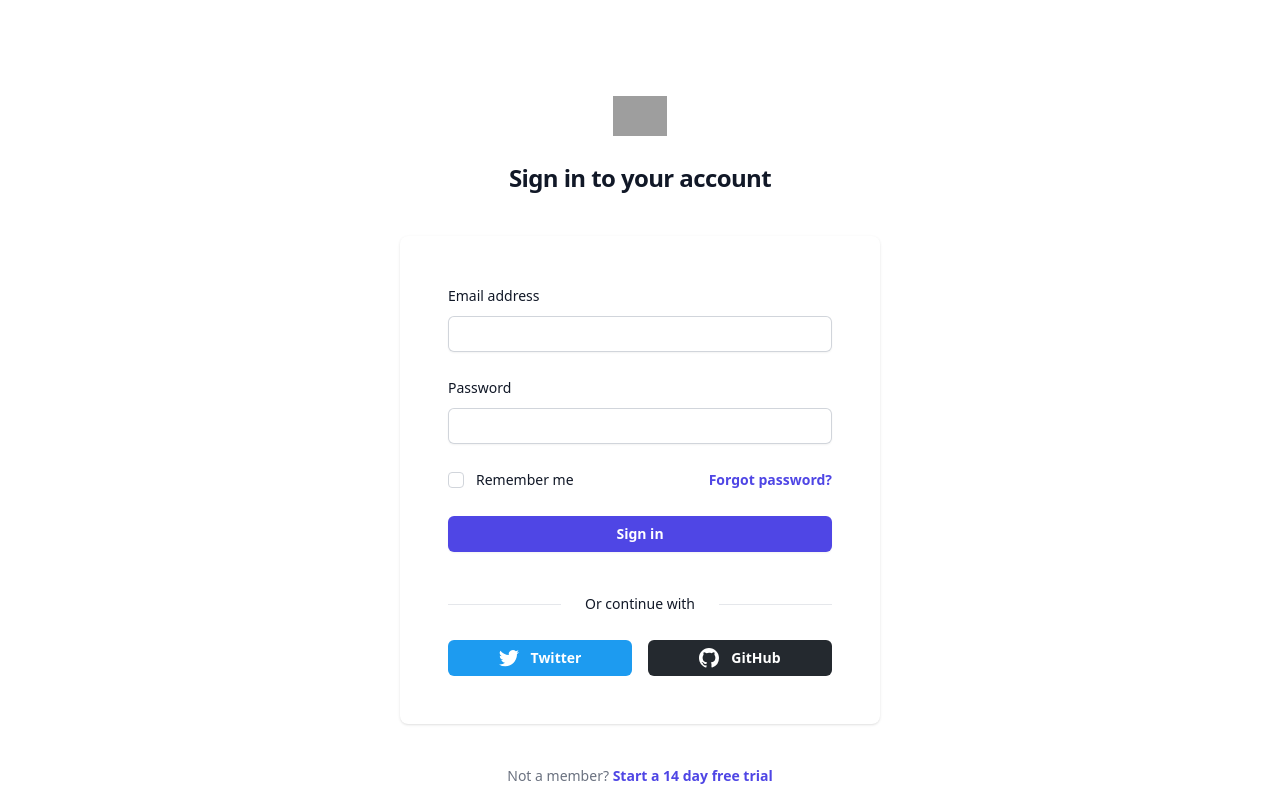
Repository: rasithupamal/vue-todo-app
Page: /auth/register
These files come from the project's save history. The page is drawn as it stood at one moment and after the next save; the edit follows.
The browser window is 1280 px wide. The pictures show the whole page.
Pictures or frames that could not be fetched are drawn as grey boxes. The project was rebuilt for these pictures with package versions that can differ from the ones it lists, and the page was loaded fresh each time. Also part of the build but not shown: vite.config.js, src/components/WelcomeItem.vue, src/components/icons/IconDocumentation.vue, src/components/icons/IconTooling.vue, src/components/icons/IconEcosystem.vue, src/components/icons/IconCommunity.vue, src/components/icons/IconSupport.vue, src/components/TheWelcome.vue and 2 more.

Above is the page before, as saved 2023-12-09 11:22:46.

### index.html
<!DOCTYPE html>
<html lang="en">
  <head>
    <meta charset="UTF-8">
    <link rel="icon" href="/favicon.ico">
    <meta name="viewport" content="width=device-width, initial-scale=1.0">
    <title>Vite App</title>
  </head>
  <body class="h-full">
    <div id="app"></div>
    <script type="module" src="/src/main.js"></script>
  </body>
</html>

### src/router/index.js
import { createRouter, createWebHistory } from 'vue-router'
import HomeView from '../views/HomeView.vue'
import GuestLayout from "@/views/layouts/GuestLayout.vue";
import LoginPage from "@/views/pages/auth/LoginPage.vue";
import RegisterPage from "@/views/pages/auth/RegisterPage.vue";

const router = createRouter({
  history: createWebHistory(import.meta.env.BASE_URL),
  routes: [
    {
      path: '/',
      name: 'home',
      component: HomeView
    },
    {
      path: '/auth',
      component: GuestLayout,
      children: [
        {
          path: 'login',
          name: 'auth.login',
          component: LoginPage
        },
        {
          path: 'register',
          name: 'auth.register',
          component: RegisterPage
        },
      ]
    }
  ]
})

export default router

### src/views/layouts/GuestLayout.vue
<script setup>
</script>
<template>
    <div>
        <div class="flex min-h-full flex-1 flex-col justify-center py-12 sm:px-6 lg:px-8">

    </div>
    <router-view />
</div></template>

### src/views/pages/auth/RegisterPage.vue
<script setup>

</script>
<template>
    <div>
        <div class="sm:mx-auto sm:w-full sm:max-w-md">
                <img class="mx-auto h-10 w-auto" src="https://tailwindui.com/img/logos/mark.svg?color=indigo&shade=600"
                    alt="Your Company" />
                <h2 class="mt-6 text-center text-2xl font-bold leading-9 tracking-tight text-gray-900">Sign in to your
                    account</h2>
            </div>

            <div class="mt-10 sm:mx-auto sm:w-full sm:max-w-[480px]">
                <div class="bg-white px-6 py-12 shadow sm:rounded-lg sm:px-12">
                    <form class="space-y-6" action="#" method="POST">
                        <div>
                            <label for="email" class="block text-sm font-medium leading-6 text-gray-900">Email
                                address</label>
                            <div class="mt-2">
                                <input id="email" name="email" type="email" autocomplete="email" required=""
                                    class="block w-full rounded-md border-0 py-1.5 text-gray-900 shadow-sm ring-1 ring-inset ring-gray-300 placeholder:text-gray-400 focus:ring-2 focus:ring-inset focus:ring-indigo-600 sm:text-sm sm:leading-6" />
                            </div>
                        </div>

                        <div>
                            <label for="password" class="block text-sm font-medium leading-6 text-gray-900">Password</label>
                            <div class="mt-2">
                                <input id="password" name="password" type="password" autocomplete="current-password"
                                    required=""
                                    class="block w-full rounded-md border-0 py-1.5 text-gray-900 shadow-sm ring-1 ring-inset ring-gray-300 placeholder:text-gray-400 focus:ring-2 focus:ring-inset focus:ring-indigo-600 sm:text-sm sm:leading-6" />
                            </div>
                        </div>

                        <div class="flex items-center justify-between">
                            <div class="flex items-center">
                                <input id="remember-me" name="remember-me" type="checkbox"
                                    class="h-4 w-4 rounded border-gray-300 text-indigo-600 focus:ring-indigo-600" />
                                <label for="remember-me" class="ml-3 block text-sm leading-6 text-gray-900">Remember
                                    me</label>
                            </div>

                            <div class="text-sm leading-6">
                                <a href="#" class="font-semibold text-indigo-600 hover:text-indigo-500">Forgot password?</a>
                            </div>
                        </div>

                        <div>
                            <button type="submit"
                                class="flex w-full justify-center rounded-md bg-indigo-600 px-3 py-1.5 text-sm font-semibold leading-6 text-white shadow-sm hover:bg-indigo-500 focus-visible:outline focus-visible:outline-2 focus-visible:outline-offset-2 focus-visible:outline-indigo-600">Sign
                                in</button>
                        </div>
                    </form>

                    <div>
                        <div class="relative mt-10">
                            <div class="absolute inset-0 flex items-center" aria-hidden="true">
                                <div class="w-full border-t border-gray-200" />
                            </div>
                            <div class="relative flex justify-center text-sm font-medium leading-6">
                                <span class="bg-white px-6 text-gray-900">Or continue with</span>
                            </div>
                        </div>

                        <div class="mt-6 grid grid-cols-2 gap-4">
                            <a href="#"
                                class="flex w-full items-center justify-center gap-3 rounded-md bg-[#1D9BF0] px-3 py-1.5 text-white focus-visible:outline focus-visible:outline-2 focus-visible:outline-offset-2 focus-visible:outline-[#1D9BF0]">
                                <svg class="h-5 w-5" aria-hidden="true" fill="currentColor" viewBox="0 0 20 20">
                                    <path
                                        d="M6.29 18.251c7.547 0 11.675-6.253 11.675-11.675 0-.178 0-.355-.012-.53A8.348 8.348 0 0020 3.92a8.19 8.19 0 01-2.357.646 4.118 4.118 0 001.804-2.27 8.224 8.224 0 01-2.605.996 4.107 4.107 0 00-6.993 3.743 11.65 11.65 0 01-8.457-4.287 4.106 4.106 0 001.27 5.477A4.073 4.073 0 01.8 7.713v.052a4.105 4.105 0 003.292 4.022 4.095 4.095 0 01-1.853.07 4.108 4.108 0 003.834 2.85A8.233 8.233 0 010 16.407a11.616 11.616 0 006.29 1.84" />
                                </svg>
                                <span class="text-sm font-semibold leading-6">Twitter</span>
                            </a>

                            <a href="#"
                                class="flex w-full items-center justify-center gap-3 rounded-md bg-[#24292F] px-3 py-1.5 text-white focus-visible:outline focus-visible:outline-2 focus-visible:outline-offset-2 focus-visible:outline-[#24292F]">
                                <svg class="h-5 w-5" aria-hidden="true" fill="currentColor" viewBox="0 0 20 20">
                                    <path fill-rule="evenodd"
                                        d="M10 0C4.477 0 0 4.484 0 10.017c0 4.425 2.865 8.18 6.839 9.504.5.092.682-.217.682-.483 0-.237-.008-.868-.013-1.703-2.782.605-3.369-1.343-3.369-1.343-.454-1.158-1.11-1.466-1.11-1.466-.908-.62.069-.608.069-.608 1.003.07 1.531 1.032 1.531 1.032.892 1.53 2.341 1.088 2.91.832.092-.647.35-1.088.636-1.338-2.22-.253-4.555-1.113-4.555-4.951 0-1.093.39-1.988 1.029-2.688-.103-.253-.446-1.272.098-2.65 0 0 .84-.27 2.75 1.026A9.564 9.564 0 0110 4.844c.85.004 1.705.115 2.504.337 1.909-1.296 2.747-1.027 2.747-1.027.546 1.379.203 2.398.1 2.651.64.7 1.028 1.595 1.028 2.688 0 3.848-2.339 4.695-4.566 4.942.359.31.678.921.678 1.856 0 1.338-.012 2.419-.012 2.747 0 .268.18.58.688.482A10.019 10.019 0 0020 10.017C20 4.484 15.522 0 10 0z"
                                        clip-rule="evenodd" />
                                </svg>
                                <span class="text-sm font-semibold leading-6">GitHub</span>
                            </a>
                    </div>
                </div>
            </div>

            <p class="mt-10 text-center text-sm text-gray-500">
                Not a member?
                {{ ' ' }}
                <a href="#" class="font-semibold leading-6 text-indigo-600 hover:text-indigo-500">Start a 14 day free
                    trial</a>
            </p>
        </div>
    </div>
</template>

Loaded but not shown: src/main.js (common file); src/assets/main.css (common file); src/App.vue (common file); tailwind.config.js (common file)

After the next save:
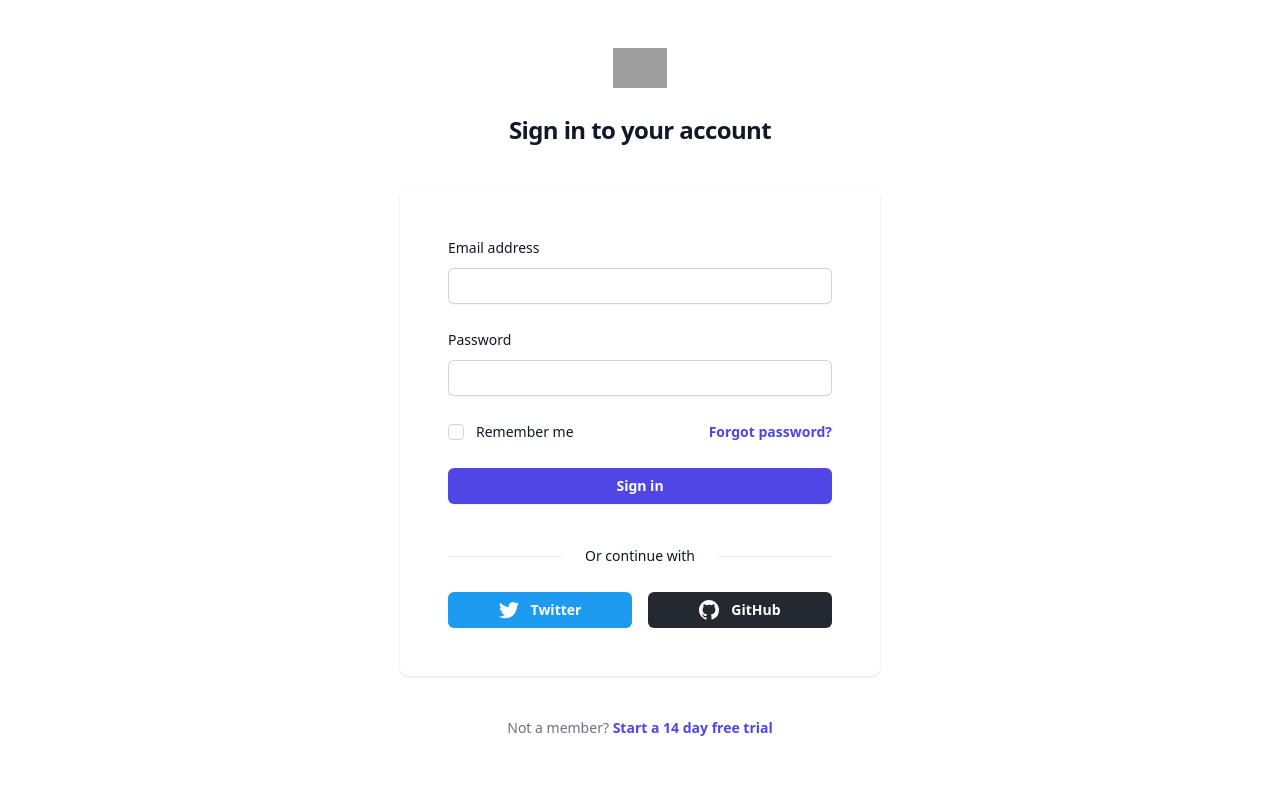
Saved 14 s later.
--- a/src/views/layouts/GuestLayout.vue
+++ b/src/views/layouts/GuestLayout.vue
@@ -4,6 +4,7 @@
     <div>
         <div class="flex min-h-full flex-1 flex-col justify-center py-12 sm:px-6 lg:px-8">
 
+            <router-view />
+        </div>
     </div>
-    <router-view />
-</div></template>
+</template>
